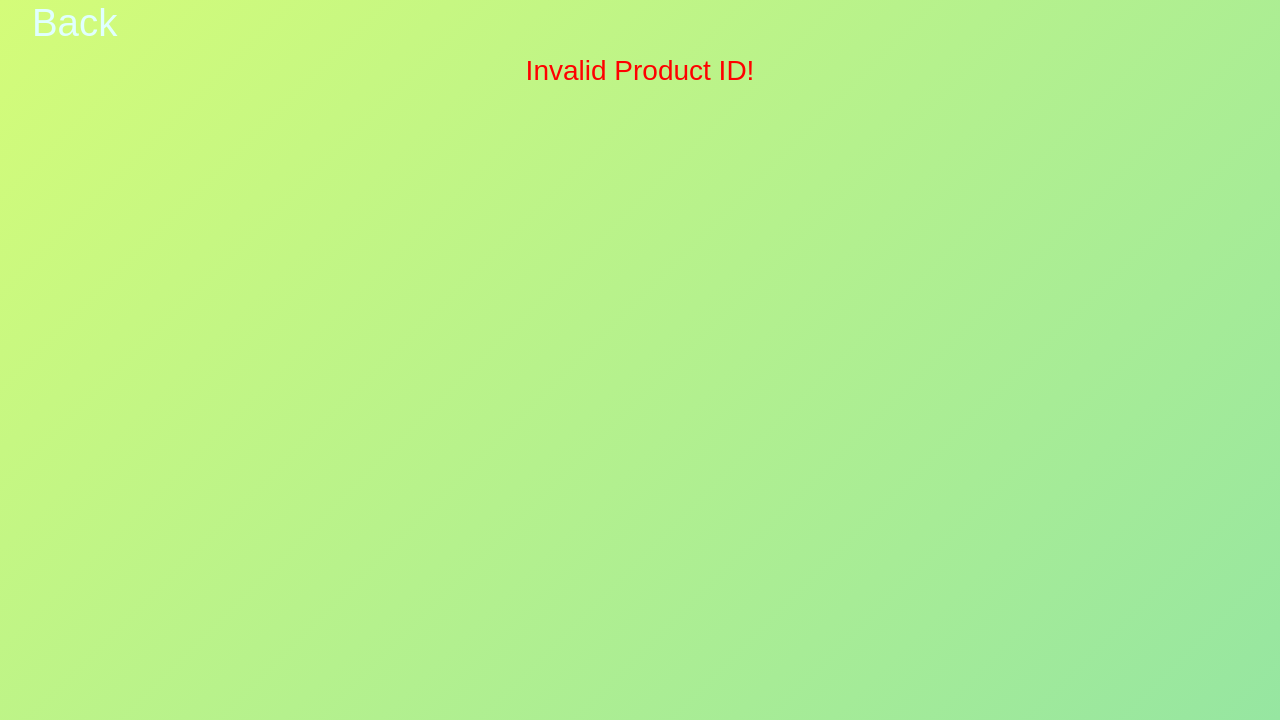
Repository: Dineshbabu290904/DigiMart
Page: http://localhost/DigiMart/admin/editProduct.jsp
These files come from the project's save history. The page is drawn as it stood at one moment and after the next save; the edit follows.
The browser window is 1280 px wide. The pictures show the whole page.
Some web libraries are served in a nearby version. The page is served by Tomcat 9.

Above is the page before, as saved 2024-10-16 16:49:25.

After the next save:
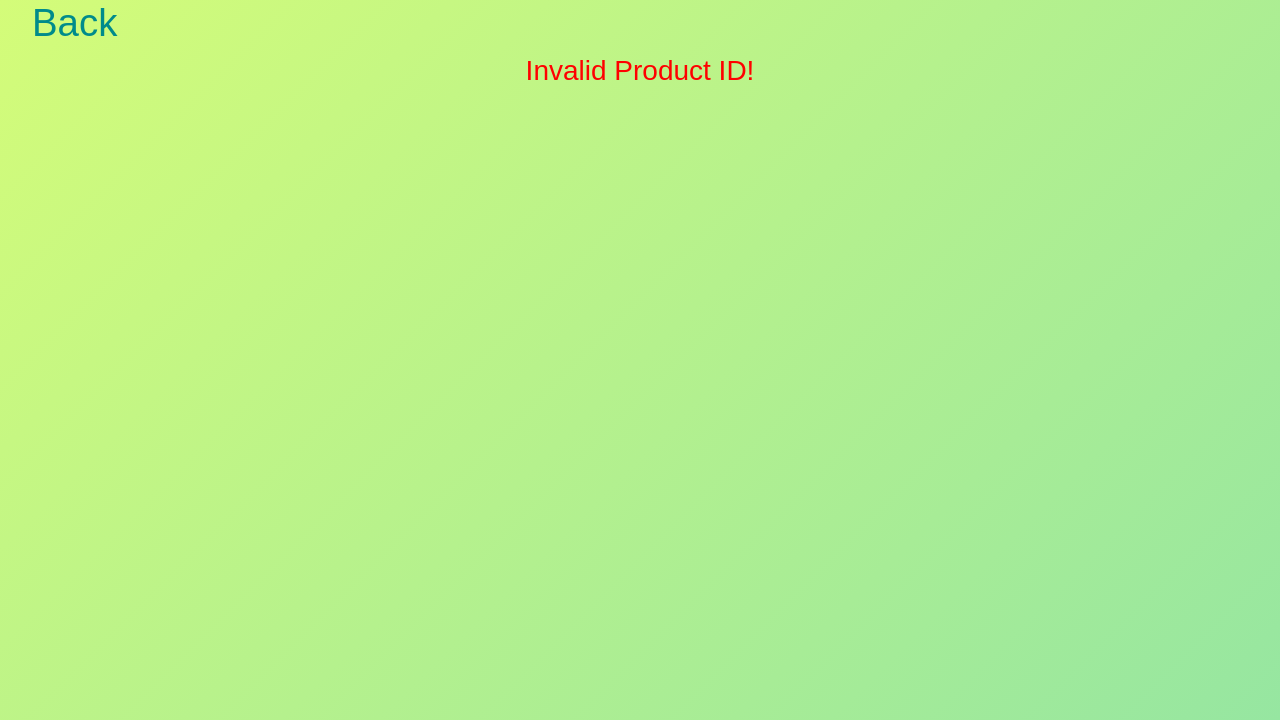
Saved 54 s later.
--- a/DigiMart/src/main/webapp/admin/editProduct.jsp
+++ b/DigiMart/src/main/webapp/admin/editProduct.jsp
@@ -17,7 +17,7 @@
             color: #333; /* Dark text color for contrast */
         }
         .back {
-            color: #E0FFFF;
+            color: #008B8B;
             margin-left: 2.5%;
             text-decoration: none;
             font-size: 1.2em;
